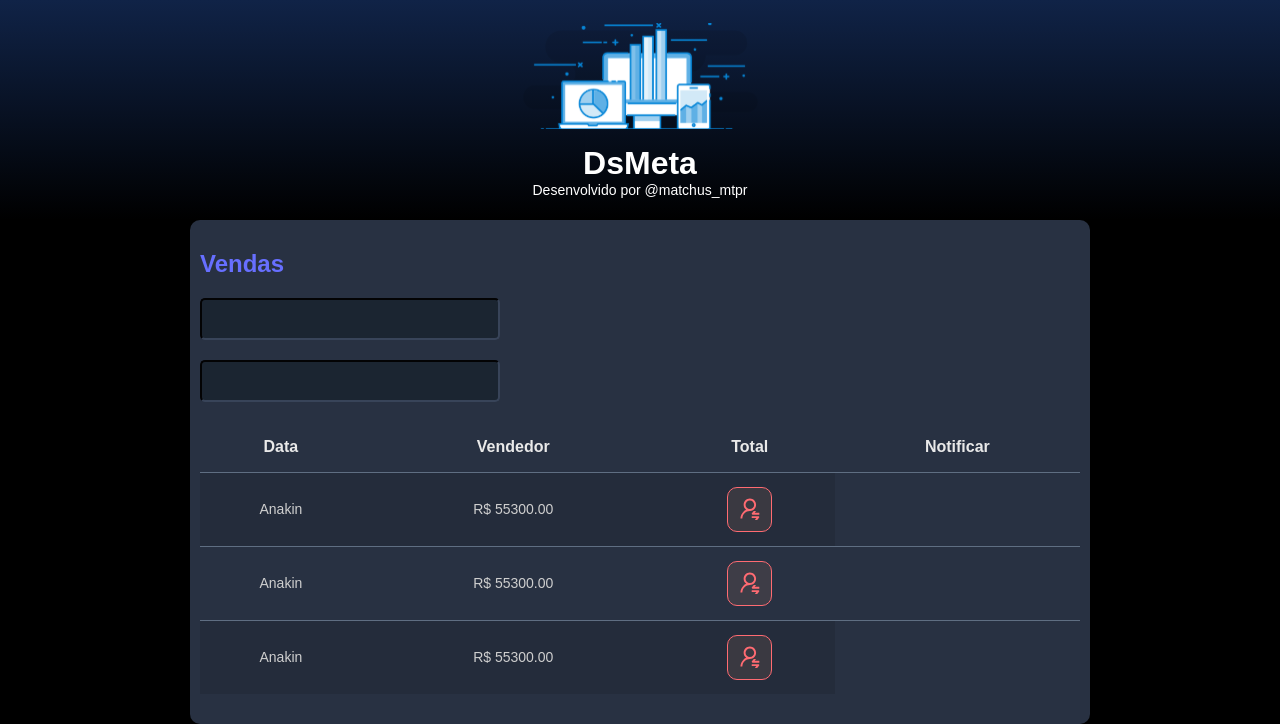
Repository: MatheusAlvesPereiraRosa/ds-meta
Page: index.html
These files come from the project's save history. The page is drawn as it stood at one moment and after the next save; the edit follows.
The browser window is 1280 px wide. The pictures show the whole page.

Above is the page before, as saved 2022-09-05 17:09:59.

After the next save:
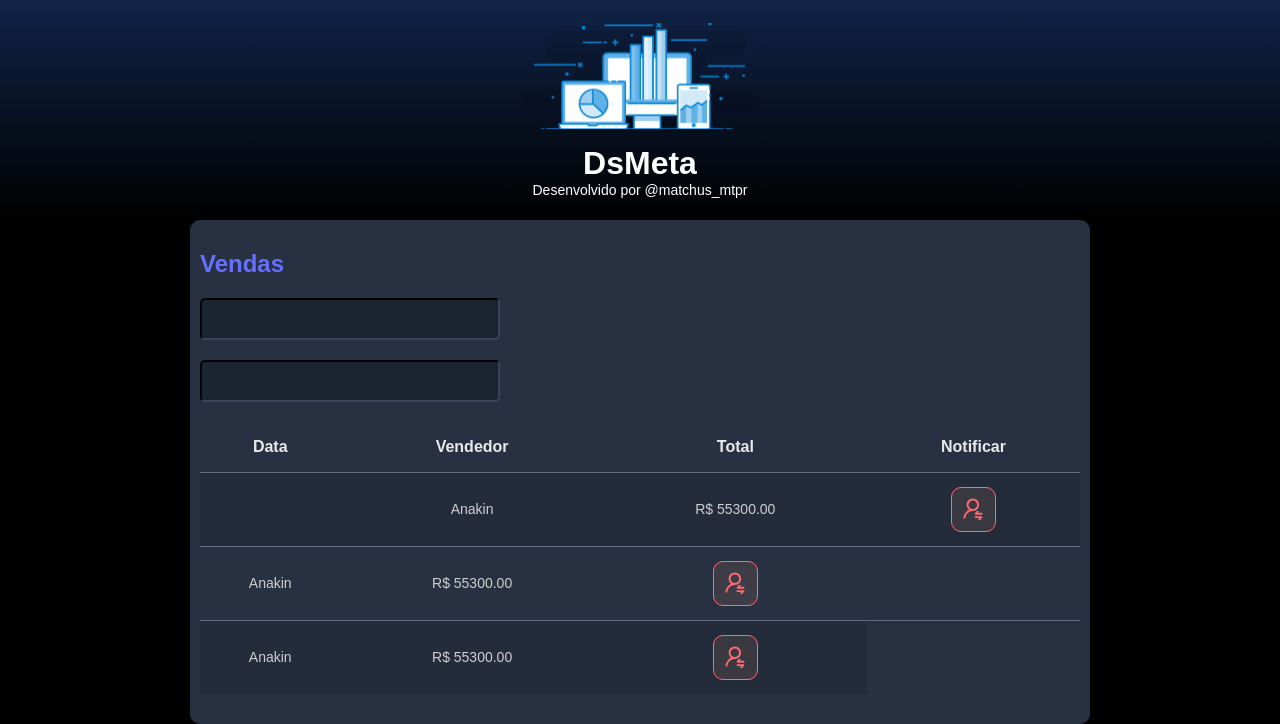
Saved 15 s later.
--- a/index.html
+++ b/index.html
@@ -47,6 +47,7 @@
                 </thead>
                 <tbody>
                   <tr>
+                    <td></td>
                     <td>Anakin</td>
                     <td>R$ 55300.00</td>
                     <td>
